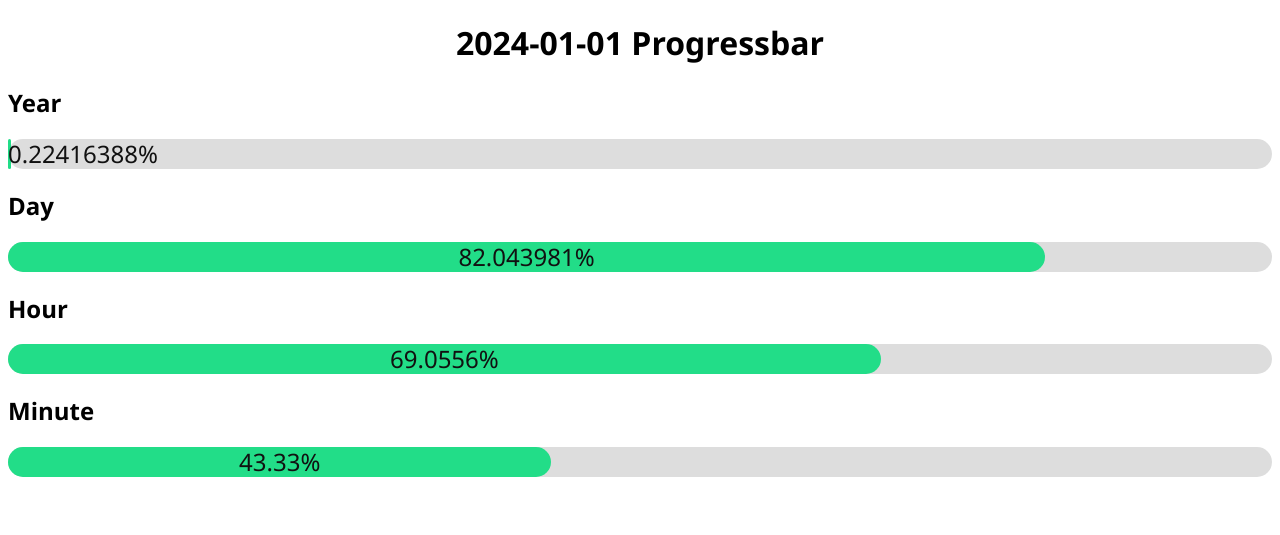
Repository: end888160/end888160.github.io
Page: progress_clock.html
An editor plug-in stored every save of this project. The page is shown before and after the next save, followed by the edit.
The browser window is 1280 px wide. The pictures show the whole page.

Above is the page before, as saved 2024-10-06 07:30:36.

After the next save:
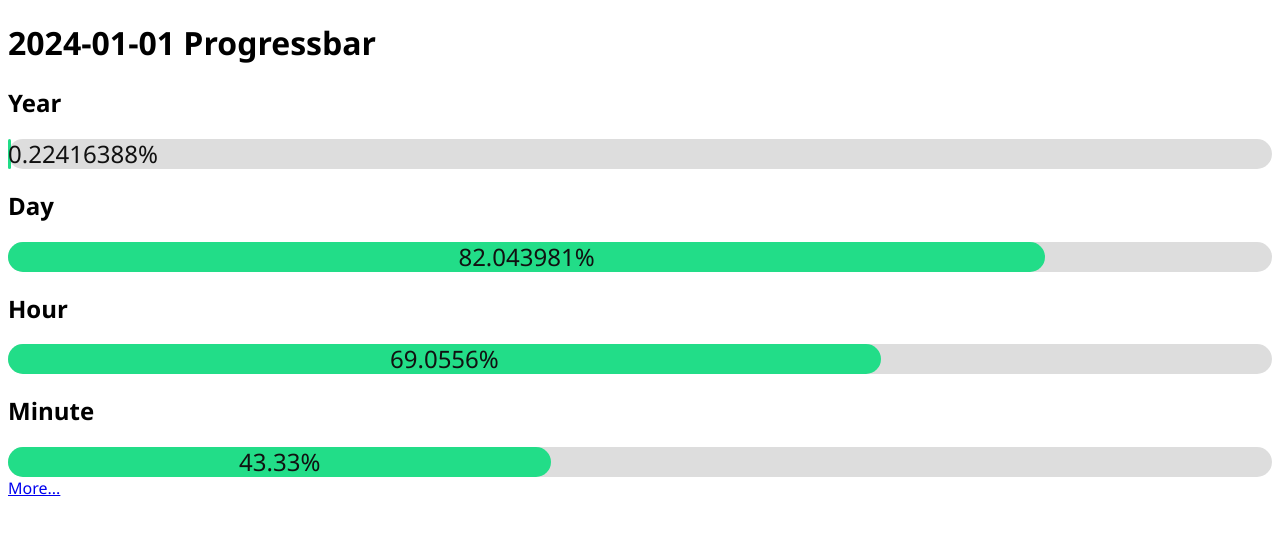
Saved 18 min 4 s later.
--- a/progress_clock.html
+++ b/progress_clock.html
@@ -1,5 +1,7 @@
 <!DOCTYPE html>
-<html>
+<meta charset="UTF-8">
+<meta name="viewport" content="width=device-width, initial-scale=1.0">
+<html lang=en>
 	<title>Progressbar Clock</title>
 <style>
 	html {
@@ -38,6 +40,9 @@
 			background-color: #222;
 			transition:ease 0.33s;
 		}
+		a {
+			color:aqua
+		}
 	}
 	@media only screen and (orientation: portrait) {
 		.countDownBar {
@@ -47,6 +52,7 @@
 		}
 		h1 {
 			font-size: 8vw;
+			text-align: center;
 		}
 		h2 {
 			font-size: 6vw;
@@ -56,7 +62,7 @@
 </style>
 <body>
 
-<h1 id="caption" style="text-align: center;"></h1>
+<h1 id="caption"></h1>
 
 <h2>Year</h2>
 <div id="year" class="countDownProgress">
@@ -209,7 +215,7 @@ function count() {
 }
 count()
 </script>
-
+<a href="./progress_clock2.html">More...</a>
 
 </body>
 </html>
